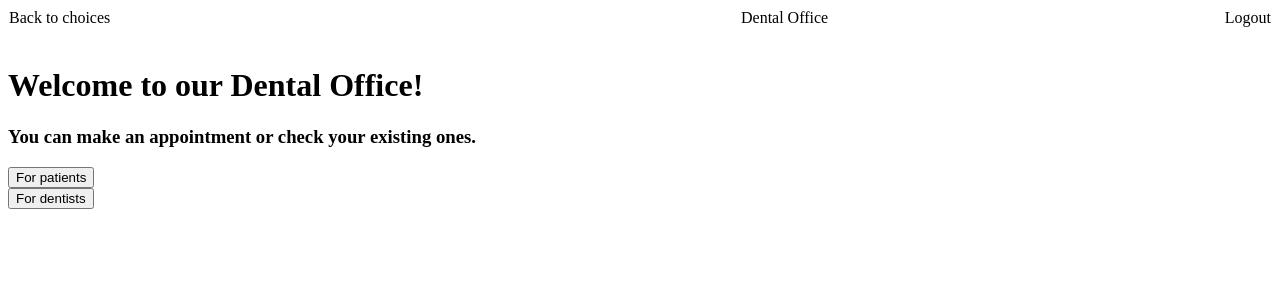
Repository: ThEgIGN/DentalOfficeWebApplication
Page: http://localhost/DentalOfficeWEB/
These files come from the project's save history. The page is drawn as it stood at one moment and after the next save; the edit follows.
The browser window is 1280 px wide. The pictures show the whole page.
The page is served by Tomcat 9. Nobody is signed in. The application's start-up code is not run.

Above is the page before, as saved 2023-06-16 10:10:45.

After the next save:
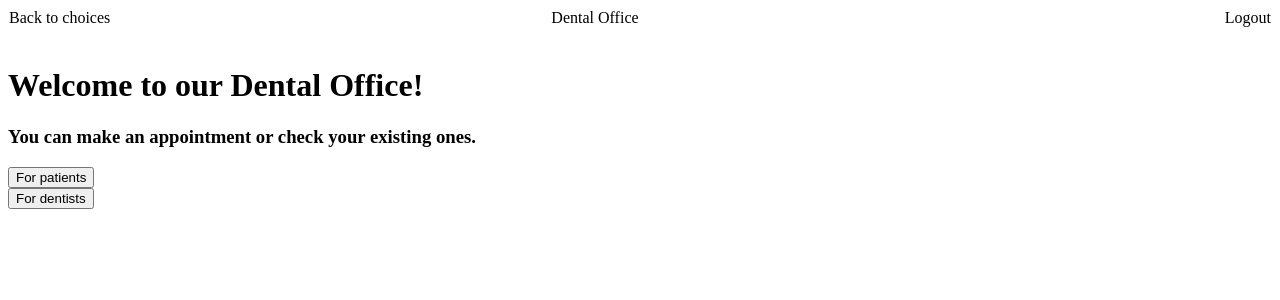
Saved 6 s later.
--- a/DentalOfficeProject/DentalOfficeWEB/src/main/webapp/index.jsp
+++ b/DentalOfficeProject/DentalOfficeWEB/src/main/webapp/index.jsp
@@ -11,7 +11,7 @@
 		style="width: 100%; border-collapse: collapse;">
 		<tr>
 			<td style="text-align: left">Back to choices</td>
-			<td style="text-align: center">Dental Office</td>
+			<td>Dental Office</td>
 			<td style="text-align: right">Logout</td>
 		</tr>
 	</table>
